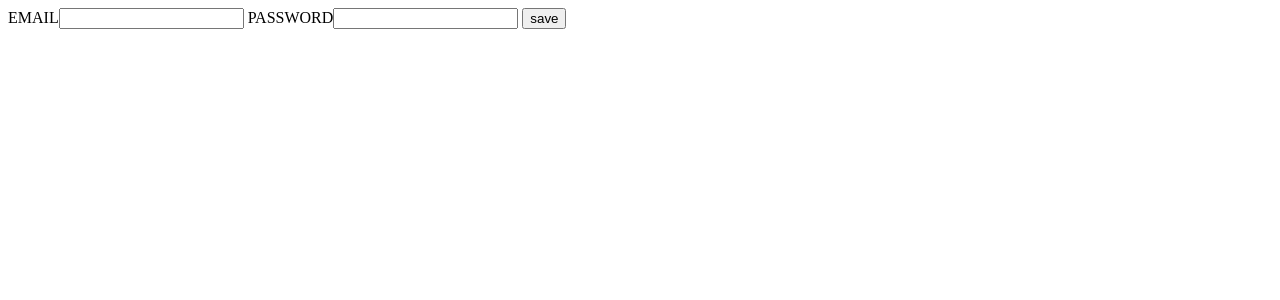
Repository: nitishsingh09/firstproject
Page: http://localhost/a/
The author's editor kept a copy of each file at every save. The page is drawn from the files as they stood at one save, then again after the next save.
The browser window is 1280 px wide. The pictures show the whole page.
The page is served by Tomcat 10.

Above is the page before, as saved 2022-06-07 07:23:12.

After the next save:
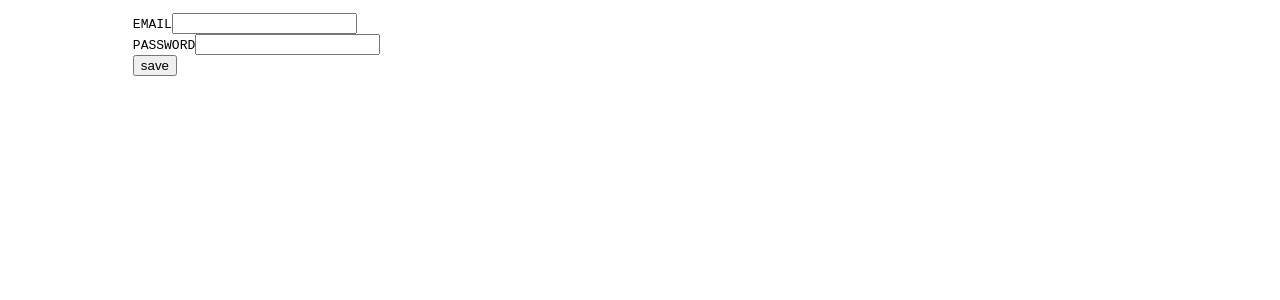
Saved 40 s later.
--- a/serv&jsp/a/src/main/webapp/index.jsp
+++ b/serv&jsp/a/src/main/webapp/index.jsp
@@ -8,9 +8,11 @@
 </head>
 <body>
 	<form action="login" method ="post">
+	<pre>
 		EMAIL<input type="text" name ="email">
 		PASSWORD<input type="password" name="password">
 		<input type="submit" value="save">
+	</pre>
 	</form>
 
 	<%
